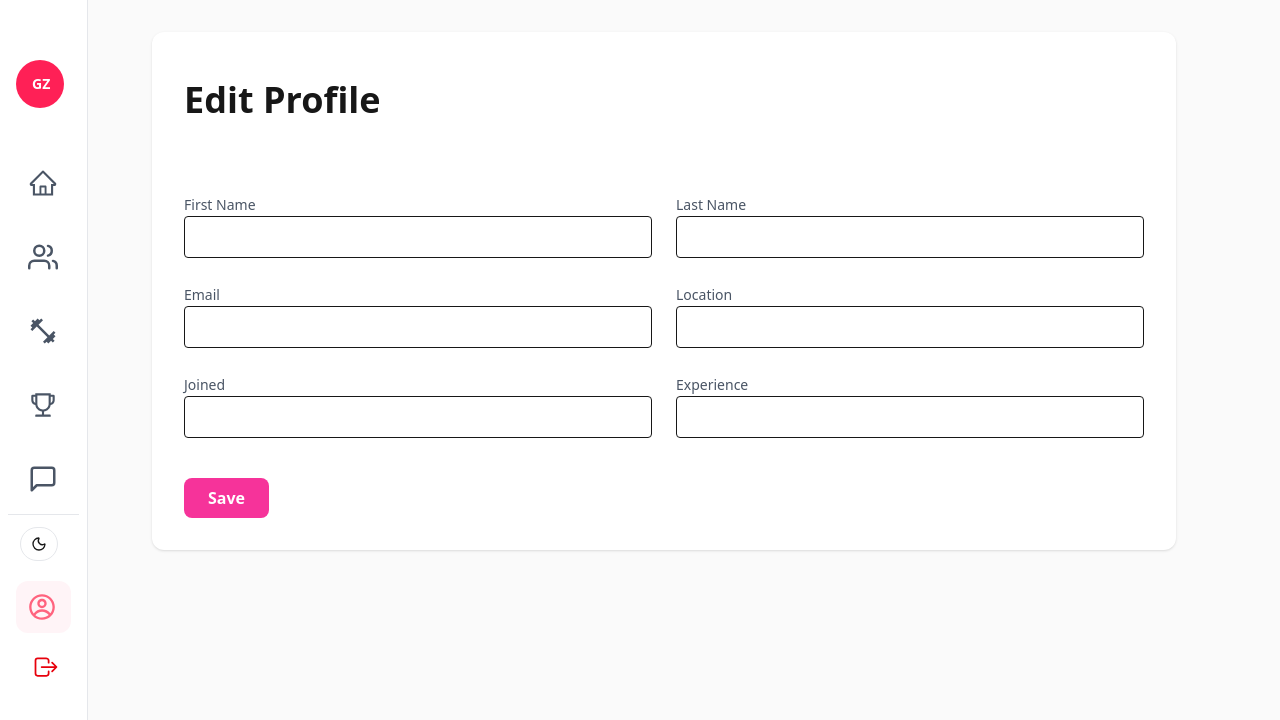
Repository: Brutalxnor/godzilla_fe
Page: /profile/edit
These files come from the project's save history. The page is drawn as it stood at one moment and after the next save; the edit follows.
The browser window is 1280 px wide. The pictures show the whole page.
The page's requests for data from a server got no answer. The project was rebuilt for these pictures with package versions that can differ from the ones it lists, and the page was loaded fresh each time. The framework's server and built-in components were replaced by stand-ins that run in the browser. No one was signed in, and anything a server would have sent is missing. Also part of the build but not shown: next.config.ts.

Above is the page before, as saved 2025-11-13 13:31:50.

### app/layout.tsx
// app/layout.tsx
import type { Metadata } from "next";
import { Geist, Geist_Mono } from "next/font/google";
import "./globals.css";
import { ToastContainer } from "react-toastify";
import { CommentsProvider } from "./community/context/CommentsContext";
import ChatNotifications from "./components/shared/ChatNotifications";

const geistSans = Geist({
  variable: "--font-geist-sans",
  subsets: ["latin"],
});

const geistMono = Geist_Mono({
  variable: "--font-geist-mono",
  subsets: ["latin"],
});

export const metadata: Metadata = {
  title: "Godzilla",
  description: "Ready to learn something new today",
};

export default function RootLayout({
  children,
}: {
  children: React.ReactNode;
}) {
  // This script runs before React hydrates and sets <html data-theme="...">
  const themeInit = `
    (function () {
      try {
        var t = localStorage.getItem('theme');
        if (!t) {
          t = window.matchMedia('(prefers-color-scheme: dark)').matches ? 'dark' : 'light';
        }
        document.documentElement.setAttribute('data-theme', t);
      } catch (e) {}
    })();
  `;

  return (
    <html lang="en" suppressHydrationWarning>
      <head>
        <script dangerouslySetInnerHTML={{ __html: themeInit }} />
      </head>
      <body
        className={`${geistSans.variable} ${geistMono.variable} antialiased`}
        // optional: ensure base colors use your CSS variables
        style={{
          background: "var(--background)",
          color: "var(--foreground)",
        }}
      >
        <ChatNotifications />
        <ToastContainer />
        <CommentsProvider>{children}</CommentsProvider>
      </body>
    </html>
  );
}

### app/profile/edit/page.tsx
"use client";
import Sidebar from "@/app/components/shared/sidebar";
import useGetUser from "@/app/Hooks/useGetUser";
import { GetUserById } from "@/app/services/Auth.service";
import { User } from "@/app/types/type";
import React, { Suspense, useEffect, useMemo, useState } from "react";
import { useForm } from "react-hook-form";

const Page = () => {
  const [user, setUser] = useState<{
    data: User;
  } | null>(null);
  const { userDB } = useGetUser();

  const shellVars = useMemo(
    () =>
      ({
        "--sb-w": "88px",
        "--extra-left": "24px",
      } as React.CSSProperties),
    []
  );

  const { register, handleSubmit, reset } = useForm();

  useEffect(() => {
    const fetchUser = async () => {
      const data = await GetUserById(userDB?.data.user_id as string);
      setUser(data);
      if (data?.data) {
        reset({
          name: data.data.name,
          email: data.data.email,
          location: data.data.location,
          experience: data.data.experience,
        });
      }
    };
    fetchUser();
  }, [userDB?.data.user_id, reset]);

  const onSubmit = (formData: any) => {
    console.log(formData);
  };

  return (
    <div className="min-h-screen bg-[#fafafa]">
      <Suspense fallback={<div className="p-6 text-gray-500">Loading...</div>}>
        <Sidebar />
      </Suspense>
      <main
        style={shellVars}
        className="w-full lg:w-[calc(95vw-var(--sb-w)-var(--extra-left))] lg:ml-[calc(var(--sb-w)+var(--extra-left))]"
      >
        <div className="mx-auto w-full max-w-5xl px-3 sm:px-4 md:px-6 lg:px-0 py-8">
          <div className="bg-white rounded-xl shadow p-8 flex flex-col gap-6">
            {/* Header */}

            <header className="py-3 sm:py-4 flex items-center justify-between gap-3">
              <h1 className="text-2xl sm:text-3xl md:text-4xl font-semibold">
                Edit Profile
              </h1>
            </header>

            {/* React Hook Form (Edit profile section) */}
            <form onSubmit={handleSubmit(onSubmit)} className="space-y-6 mt-8">
              <div className="grid grid-cols-2 gap-6">
                <div>
                  <label className="text-sm text-gray-600">First Name</label>
                  <input
                    type="text"
                    {...register("name")}
                    className="input w-full p-2 border rounded"
                  />
                </div>

                <div>
                  <label className="text-sm text-gray-600">Last Name</label>
                  <input
                    type="text"
                    {...register("name")}
                    className="input w-full p-2 border rounded"
                  />
                </div>
                <div>
                  <label className="text-sm text-gray-600">Email</label>
                  <input
                    type="email"
                    {...register("email")}
                    className="input w-full p-2 border rounded"
                  />
                </div>
                <div>
                  <label className="text-sm text-gray-600">Location</label>
                  <input
                    type="text"
                    {...register("location")}
                    className="input w-full p-2 border rounded"
                  />
                </div>
                <div>
                  <label className="text-sm text-gray-600">Joined</label>
                  <input
                    type="text"
                    {...register("joined")}
                    className="input w-full p-2 border rounded"
                    disabled
                  />
                </div>
                <div>
                  <label className="text-sm text-gray-600">Experience</label>
                  <input
                    type="text"
                    {...register("experience")}
                    className="input w-full p-2 border rounded"
                  />
                </div>
              </div>
              <button
                type="submit"
                className="px-6 py-2 rounded-lg bg-pink-500 text-white font-bold mt-4"
              >
                Save
              </button>
            </form>
          </div>
        </div>
      </main>
    </div>
  );
};

export default Page;

### app/community/context/CommentsContext.tsx
"use client";
import React, { createContext, useContext, useState, ReactNode } from "react";
import axios from "axios";
import { toast } from "react-toastify";

type Comment = {
  id: string;
  postId: string;
  author: string;
  content: string;
  createdAt: string;
};

type CommentsContextType = {
  comments: Comment[];
  fetchComments: (postId: string) => Promise<void>;
  addComment: (
    postId: string,
    content: string,
    author: string
  ) => Promise<void>;
  loading: boolean;
  openPostId: string | null;
  handleTriggerOpenCommentModal: (postId: string) => void;
};

const CommentsContext = createContext<CommentsContextType | undefined>(
  undefined
);

export const CommentsProvider = ({ children }: { children: ReactNode }) => {
  const [comments, setComments] = useState<Comment[]>([]);
  const [loading, setLoading] = useState(false);
  const [openPostId, setOpenPostId] = useState<string | null>(null);

  const fetchComments = async (postId: string) => {
    setLoading(true);
    try {
      const { data } = await axios.get(

        `https://godzilla-be.vercel.app/api/v1/posts/df2a3584-aeb4-42e8-8a9b-3b8eeffc51a9`

      );
      setComments(data);
    } catch (error) {
      toast.error("فشل في تحميل التعليقات ❌");
    } finally {
      setLoading(false);
    }
  };

  const handleTriggerOpenCommentModal = (postId?: string) => {
    if (postId) {
      setOpenPostId(postId);
    } else {
      setOpenPostId(null);
    }
  };

  const addComment = async (
    postId: string,
    comment: string,
    user_id: string
  ) => {
    try {
      const body = { postId, comment, user_id };
      await axios.put(
        "https://godzilla-be.vercel.app/api/v1/posts/update-comment",
        body
      );
      toast.success("تم إضافة التعليق بنجاح 🎉");
      await fetchComments(postId);
    } catch (error) {
      toast.error("حدث خطأ أثناء إضافة التعليق ❌");
    }
  };

  return (
    <CommentsContext.Provider
      value={{
        comments,
        fetchComments,
        addComment,
        loading,
        handleTriggerOpenCommentModal,
        openPostId,
      }}
    >
      {children}
    </CommentsContext.Provider>
  );
};

// ✅ Hook للاستخدام داخل أي كومبوننت
export const useComments = () => {
  const context = useContext(CommentsContext);
  if (!context) {
    throw new Error("useComments must be used within a CommentsProvider");
  }
  return context;
};

### app/Hooks/useGetUser.ts
"use client";
// import { User } from "@/types/admin";
import { useEffect, useState } from "react";
import { User } from "../types/admin";

const useGetUser = () => {
  const [userDB, setUserDB] = useState<User | null>(null);

  useEffect(() => {
    const localUser = localStorage.getItem("user");
    if (localUser) {
      try {
        setUserDB(JSON.parse(localUser));
      } catch (err) {
        console.error("Error parsing local user:", err);
      }
    }
  }, []);

  return { userDB };
};

export default useGetUser;

### app/services/Auth.service.ts
import axios from "axios";

export const GetUserById = async (id: string) => {
  try {
    const res = await axios.get(
      `https://godzilla-be.vercel.app/api/v1/auth/getusers/${id}`
    );

    return res.data;
  } catch (err) {
    console.error("Error fetching athlete subscriptions:", err);
    throw err;
  }
};

### lib/client.ts
import { createBrowserClient } from "@supabase/ssr";

export function createClient() {
  return createBrowserClient(
    "https://uivcyyfyefpkieynavgw.supabase.co",
    "eyJhbGciOiJIUzI1NiIsInR5cCI6IkpXVCJ9.eyJpc3MiOiJzdXBhYmFzZSIsInJlZiI6InVpdmN5eWZ5ZWZwa2lleW5hdmd3Iiwicm9sZSI6ImFub24iLCJpYXQiOjE3NTkxMzI5MTgsImV4cCI6MjA3NDcwODkxOH0.9oDzn_La6VyGy39ujEBA_lZNgVl7x23Cez3FeH9tIrU"
  );
}
export const supabase = createClient();

### app/auth/services/logout.service.ts
// app/auth/services/logout.service.ts
import axios, { AxiosError } from "axios";
import { toast } from "react-toastify";

export interface LogoutResult {
  success: boolean;
  error?: string;
}


export const LogoutService = async (): Promise<LogoutResult> => {
  try {


      localStorage.removeItem("user");


      window.location.href = "/";
      window.location.reload();

      //toast.success("you are logged out successfully!");
      // setTimeout(() => {
      //     window.location.reload();
      // }, 7000);

    return { success: true };
  } catch (e) {
    return { success: false, error: "Logout failed" };
  }
};

### app/Hooks/useGetTheme.ts
// "use client";
// // import { User } from "@/types/admin";
// import { useEffect, useState } from "react";

// const useGetTheme = () => {
//   const [theme, setTheme] = useState<string>("");

//   useEffect(() => {
//     const localTheme = localStorage.getItem("theme");
//     if (localTheme) {
//       try {
//         setTheme(localTheme as string);
//       } catch (err) {
//         console.error("Error parsing local user:", err);
//       }
//     }
//   }, []);

//   return { theme };
// };

// export default useGetTheme;
"use client";

import { useEffect, useState } from "react";

type Theme = "light" | "dark";

const readFromDomOrStorage = (): Theme => {
  if (typeof window === "undefined") return "light";

  // 1) Prefer what <html data-theme=""> currently has
  const fromDom = document.documentElement.getAttribute("data-theme");
  if (fromDom === "light" || fromDom === "dark") return fromDom;

  // 2) Fallback to localStorage
  const saved = localStorage.getItem("theme");
  if (saved === "light" || saved === "dark") return saved;

  // 3) Last fallback: system preference
  return window.matchMedia("(prefers-color-scheme: dark)").matches
    ? "dark"
    : "light";
};

const useGetTheme = () => {
  const [theme, setTheme] = useState<Theme>(() => readFromDomOrStorage());

  useEffect(() => {
    // Make sure we sync once on mount (in case DOM changed before hook used)
    setTheme(readFromDomOrStorage());

    const handler = (e: Event) => {
      const custom = e as CustomEvent<Theme>;
      // extra safety check
      if (custom.detail === "light" || custom.detail === "dark") {
        setTheme(custom.detail);
      }
    };

    window.addEventListener("theme-change", handler);
    return () => window.removeEventListener("theme-change", handler);
  }, []);

  return { theme };
};

export default useGetTheme;

### app/components/ThemeToggle.tsx
// // "use client";

// // import { useEffect, useState } from "react";
// // import { Moon, Sun } from "lucide-react";

// // type Theme = "light" | "dark";

// // const getInitial = (): Theme => {
// //   if (typeof window === "undefined") return "light";
// //   const saved = localStorage.getItem("theme");
// //   if (saved === "light" || saved === "dark") return saved;
// //   // fall back to system
// //   return window.matchMedia("(prefers-color-scheme: dark)").matches ? "dark" : "light";
// // };

// // export default function ThemeToggle() {
// //   const [theme, setTheme] = useState<Theme>(getInitial);

// //   useEffect(() => {
// //     document.documentElement.setAttribute("data-theme", theme);
// //     localStorage.setItem("theme", theme);
// //   }, [theme]);

// //   return (
// //     <button
// //       onClick={() => setTheme(theme === "dark" ? "light" : "dark")}
// //       className="inline-flex items-center justify-center rounded-full border px-2.5 py-2 text-sm
// //                  border-[var(--border)] hover:bg-[var(--chip)]"
// //       title="Toggle theme"
// //       aria-label="Toggle theme"
// //     >
// //       {theme === "dark" ? (
// //         <Sun className="h-4 w-4" />
// //       ) : (
// //         <Moon className="h-4 w-4" />
// //       )}
// //     </button>
// //   );
// // }

// // "use client";

// // import { useEffect, useState } from "react";
// // import { Moon, Sun } from "lucide-react";

// // type Theme = "light" | "dark";

// // const getInitial = (): Theme => {
// //   if (typeof window === "undefined") return "light";
// //   const saved = localStorage.getItem("theme");
// //   if (saved === "light" || saved === "dark") return saved;
// //   return window.matchMedia("(prefers-color-scheme: dark)").matches ? "dark" : "light";
// // };

// // export default function ThemeToggle() {
// //   const [theme, setTheme] = useState<Theme>(getInitial);

// //   useEffect(() => {
// //     document.documentElement.setAttribute("data-theme", theme);
// //     localStorage.setItem("theme", theme);
// //   }, [theme]);

// //   return (
// //     <button
// //       onClick={() => setTheme(theme === "dark" ? "light" : "dark")}
// //       className="inline-flex items-center justify-center rounded-full border px-2.5 py-2 text-sm
// //                  border-[var(--border)] hover:bg-[var(--chip)]"
// //       title="Toggle theme"
// //       aria-label="Toggle theme"
// //     >
// //       {theme === "dark" ? <Sun className="h-4 w-4" /> : <Moon className="h-4 w-4" />}
// //     </button>
// //   );
// // }


// "use client";

// import { useEffect, useState } from "react";
// import { Moon, Sun } from "lucide-react";

// type Theme = "light" | "dark";

// const getInitial = (): Theme => {
//   if (typeof window === "undefined") return "light";
//   const saved = localStorage.getItem("theme");
//   if (saved === "light" || saved === "dark") return saved;
//   return window.matchMedia("(prefers-color-scheme: dark)").matches ? "dark" : "light";
// };

// export default function ThemeToggle() {
//   const [theme, setTheme] = useState<Theme>(getInitial);

//   useEffect(() => {
//     document.documentElement.setAttribute("data-theme", theme);
//     localStorage.setItem("theme", theme);
//   }, [theme]);

//   return (
//     <button
//       onClick={() => setTheme(theme === "dark" ? "light" : "dark")}
//       className="inline-flex items-center justify-center rounded-full border px-2.5 py-2
//                  border-[var(--border)] hover:bg-[var(--chip)]"
//       title="Toggle theme"
//       aria-label="Toggle theme"
//     >
//       {theme === "dark" ? <Sun className="h-4 w-4" /> : <Moon className="h-4 w-4" />}
//     </button>
//   );
// }


"use client";

import { useEffect, useState } from "react";
import { Moon, Sun } from "lucide-react";

type Theme = "light" | "dark";

const getInitial = (): Theme => {
  if (typeof window === "undefined") return "light";

  const saved = localStorage.getItem("theme");
  if (saved === "light" || saved === "dark") return saved;

  return window.matchMedia("(prefers-color-scheme: dark)").matches
    ? "dark"
    : "light";
};

export default function ThemeToggle() {
  const [theme, setTheme] = useState<Theme>(getInitial);

  useEffect(() => {
    // Apply to <html>
    document.documentElement.setAttribute("data-theme", theme);
    // Persist
    localStorage.setItem("theme", theme);
    // 🔔 Notify the rest of the app (our custom event)
    window.dispatchEvent(new CustomEvent<Theme>("theme-change", { detail: theme }));
  }, [theme]);

  const toggle = () => {
    setTheme((prev) => (prev === "dark" ? "light" : "dark"));
  };

  return (
    <button
      onClick={toggle}
      className="inline-flex items-center justify-center rounded-full border px-2.5 py-2
                 border-[var(--border)] hover:bg-[var(--chip)]"
      title="Toggle theme"
      aria-label="Toggle theme"
      type="button"
    >
      {theme === "dark" ? <Sun className="h-4 w-4" /> : <Moon className="h-4 w-4" />}
    </button>
  );
}

Loaded but not shown: app/components/shared/sidebar.tsx (1271 lines, source omitted); app/globals.css (367 lines, source omitted); app/components/shared/ChatNotifications.tsx (239 lines, source omitted)

After the next save:
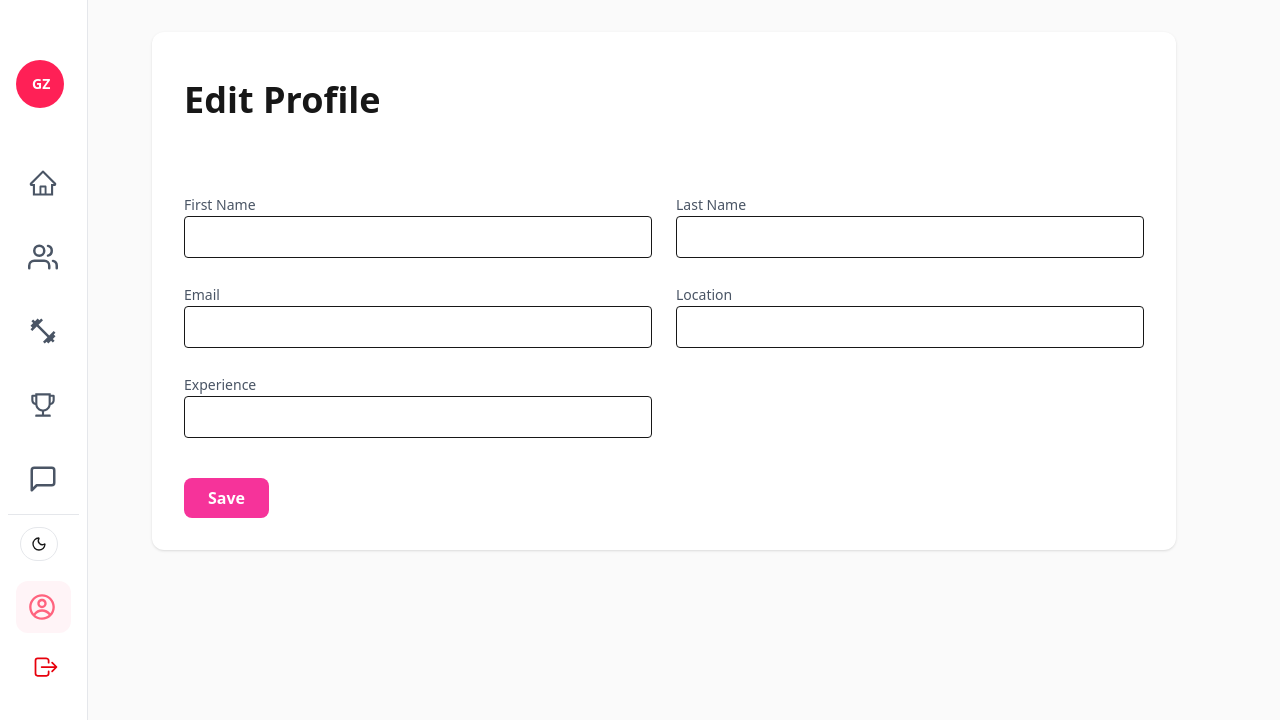
Saved 8 s later.
--- a/app/profile/edit/page.tsx
+++ b/app/profile/edit/page.tsx
@@ -99,15 +99,6 @@ const Page = () => {
                   />
                 </div>
                 <div>
-                  <label className="text-sm text-gray-600">Joined</label>
-                  <input
-                    type="text"
-                    {...register("joined")}
-                    className="input w-full p-2 border rounded"
-                    disabled
-                  />
-                </div>
-                <div>
                   <label className="text-sm text-gray-600">Experience</label>
                   <input
                     type="text"
